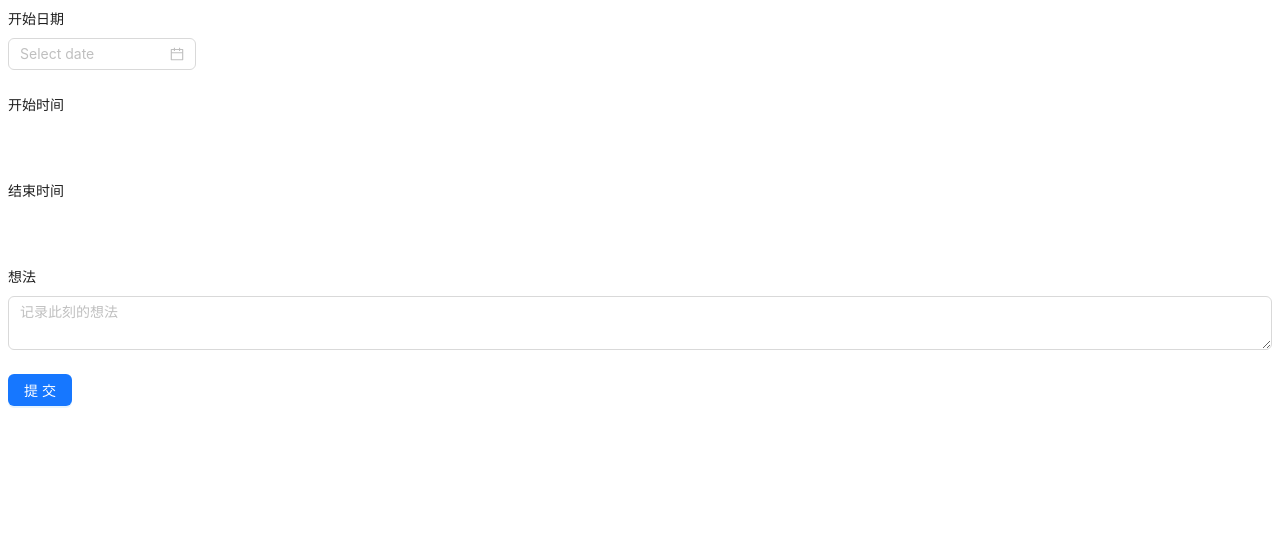
Repository: wujieli0207/time-value-app
Page: /
These files come from the project's save history. The page is drawn as it stood at one moment and after the next save; the edit follows.
The browser window is 1280 px wide. The pictures show the whole page.
The project was rebuilt for these pictures with package versions that can differ from the ones it lists, and the page was loaded fresh each time. Also part of the build but not shown: vite.config.ts.

Above is the page before, as saved 2024-01-29 10:40:35.

### src/App.tsx
import { Button, Form, Input, DatePicker } from 'antd'
import { useMemo, useState } from 'react'
import { generateTimesGap } from './utils'

interface IFormItemShow {
  startDate: boolean
  startTime: boolean
  endDate: boolean
  endTime: boolean
}

function App() {
  const [isFormItemShow, setIsFormItemShow] = useState({
    startDate: false,
    startTime: false,
    endDate: false,
    endTime: false,
  })

  const timeRange = useMemo(() => {
    return generateTimesGap()
  }, [])

  const handleToggleFormItemShow = (key: keyof IFormItemShow) => {
    setIsFormItemShow((prevState) => ({
      ...prevState,
      [key]: !isFormItemShow[key],
    }))
  }

  return (
    <>
      <Form layout="vertical">
        <Form.Item label="开始日期">
          <DatePicker />
        </Form.Item>
        <Form.Item label="开始时间"></Form.Item>
        <Form.Item label="结束时间"></Form.Item>
        <Form.Item label="想法">
          <Input.TextArea placeholder="记录此刻的想法" />
        </Form.Item>
      </Form>

      <Button type="primary">提交</Button>
    </>
  )
}

export default App

### src/utils/index.ts
export { dateFormat, generateTimesGap } from './date'

### src/utils/date.ts
import dayjs, { ConfigType } from 'dayjs'
import { DateFormatEnum } from '@/enums/global'
import { PickerColumn } from 'antd-mobile/es/components/picker-view'

/**
 * @description 日期格式化
 */
export function dateFormat(
  date: ConfigType,
  fmt = DateFormatEnum.DATE
): string {
  if (date) {
    const result = dayjs(date).format(fmt)
    return result === 'Invalid date' ? '' : result
  }

  return ''
}

/**
 * @description 按照每 15 分钟到间隔，生成时间选择列表
 */
export function generateTimesGap(): PickerColumn[] {
  const times: PickerColumn[] = []
  for (let i = 0; i < 24; i++) {
    for (let j = 0; j < 60; j += 15) {
      const date = new Date()
      date.setHours(i, j)
      const isPM = i >= 12
      const hour = isPM ? i - 12 : i
      const minute = j < 10 ? '0' + j : j
      const label = `${isPM ? '下午' : '上午'} ` + hour + ':' + minute

      times.push({
        label,
        value: dateFormat(date, DateFormatEnum.MINUTE),
      })
    }
  }
  return times
}

### src/enums/global.ts
export enum ThemeEnum {
  SYSTEM = 'system', // 跟随系统
  LIGHT = 'light',
  DARK = 'dark',
}

export enum LanguageEnum {
  ZH_CN = 'zh-CN',
  EN_US = 'en-US',
}

export enum DateFormatEnum {
  DATE = 'YYYY-MM-DD',
  DATE_TIME = 'YYYY-MM-DD HH:mm:ss',
  DATE_MINUTE = 'YYYY-MM-DD HH:mm',
  MINUTE = 'HH:mm',
}

Loaded but not shown: index.html (common file); src/main.tsx (common file)

After the next save:
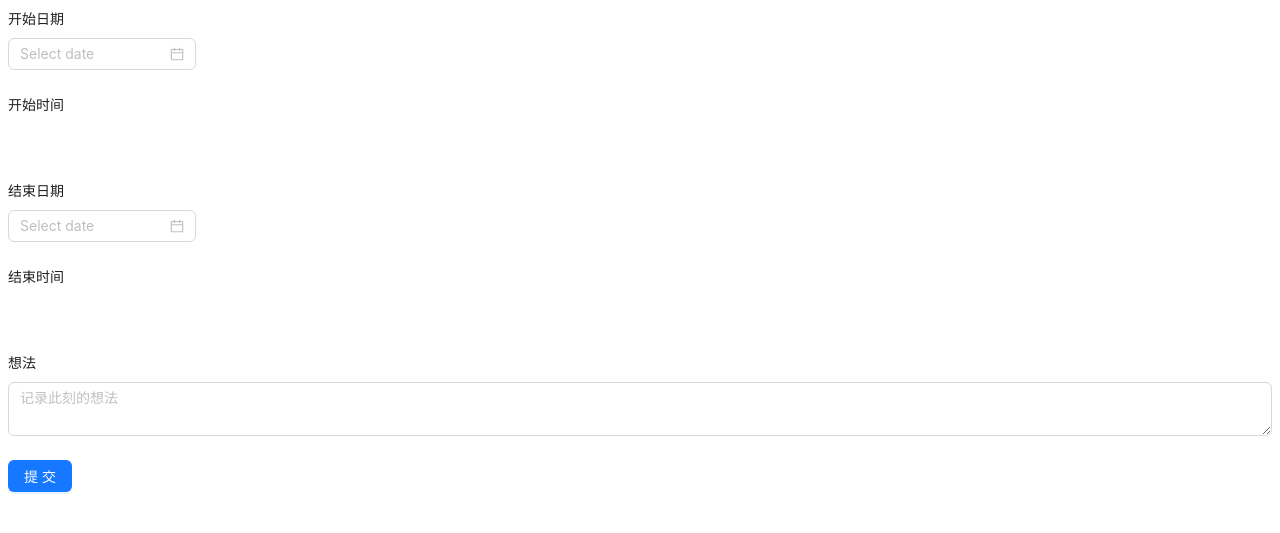
Saved 20 s later.
--- a/src/App.tsx
+++ b/src/App.tsx
@@ -35,6 +35,9 @@ function App() {
           <DatePicker />
         </Form.Item>
         <Form.Item label="开始时间"></Form.Item>
+        <Form.Item label="结束日期">
+          <DatePicker />
+        </Form.Item>
         <Form.Item label="结束时间"></Form.Item>
         <Form.Item label="想法">
           <Input.TextArea placeholder="记录此刻的想法" />
